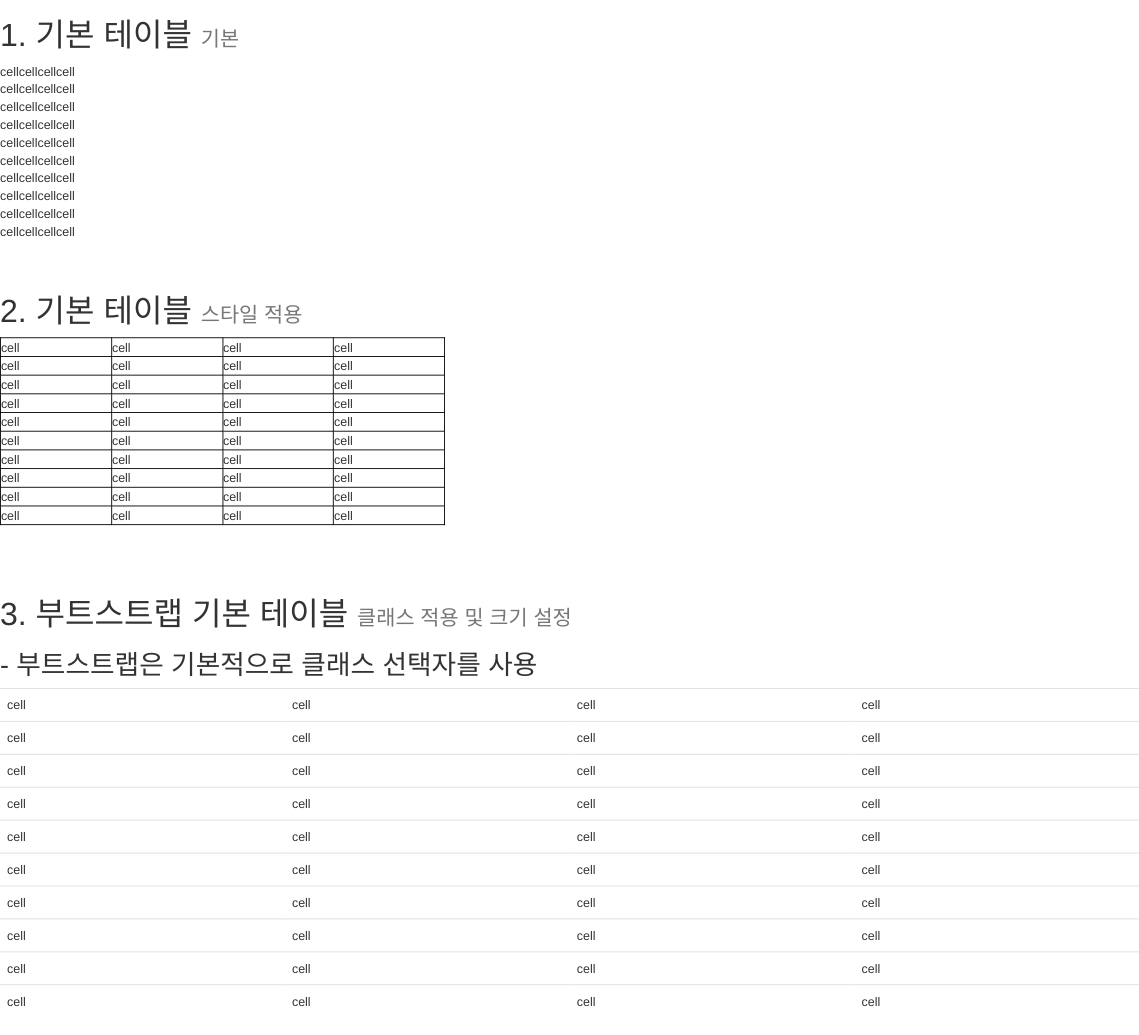
Repository: Umkimisstrong/UM_Webbb
Page: BootstrapApp/WebContent/BootEx02.html
These files come from the project's save history. The page is drawn as it stood at one moment and after the next save; the edit follows.
The browser window is 1280 px wide. The pictures show the whole page, at 89% of full size.

Above is the page before, as saved 2022-05-16 02:22:06.

After the next save:
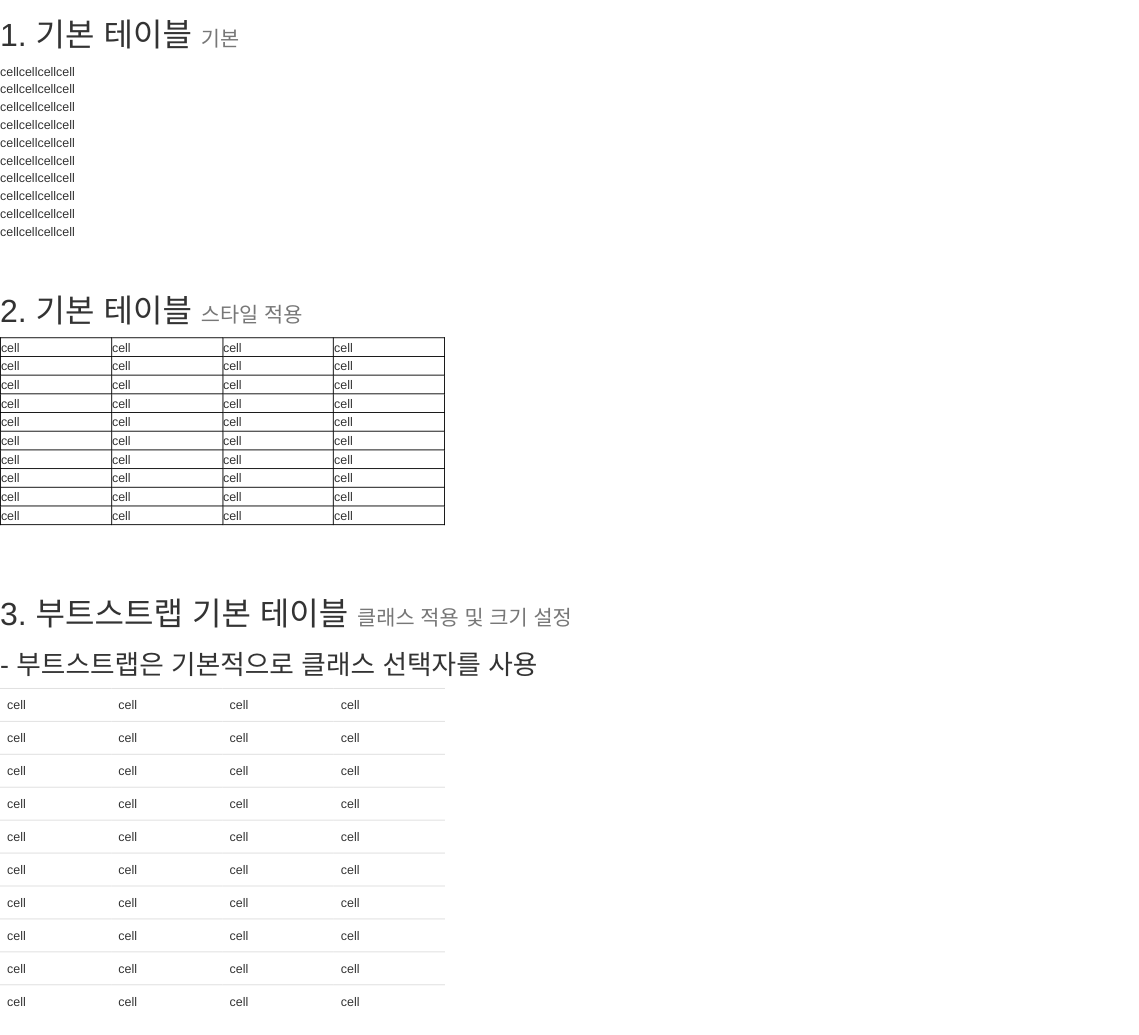
Saved 8 s later.
--- a/BootstrapApp/WebContent/BootEx02.html
+++ b/BootstrapApp/WebContent/BootEx02.html
@@ -171,7 +171,7 @@
 
 
 
-<table class="table">
+<table class="table" style="width: 500px;">
 	<tr>
 		<td>cell</td>
 		<td>cell</td>
